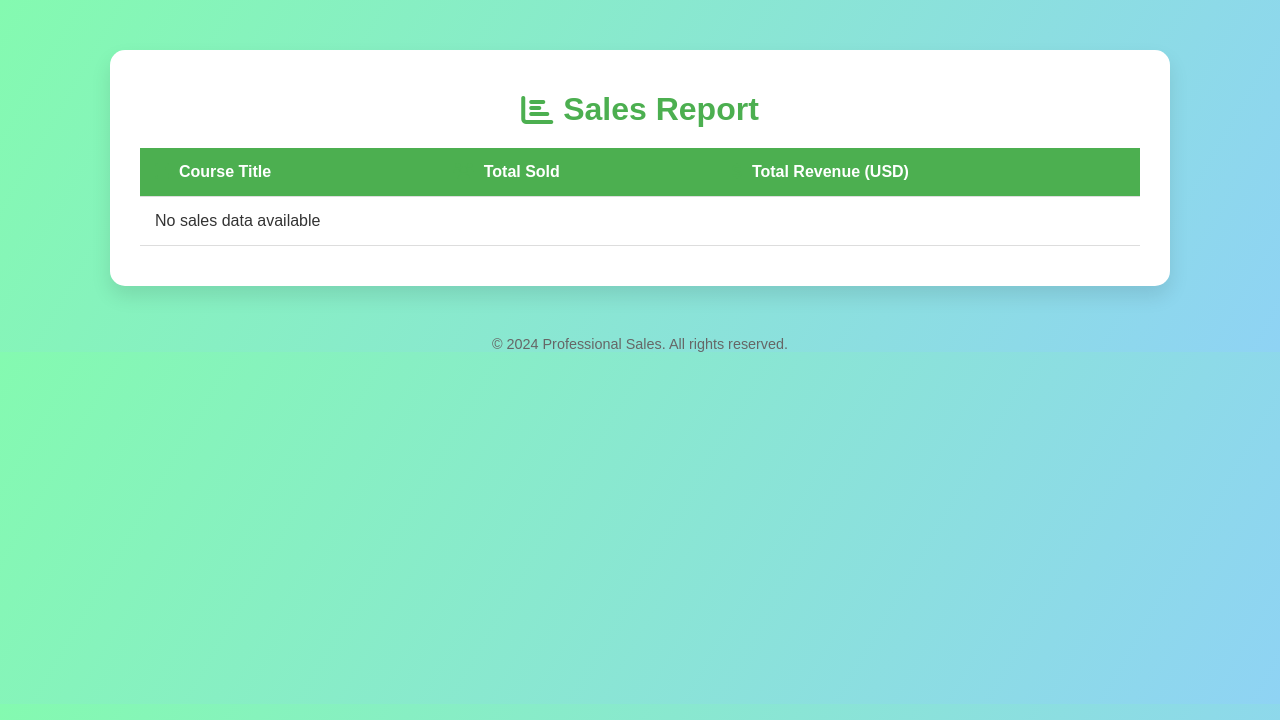
Repository: Syed1818/project
Page: http://localhost/sales_report.php
An editor plug-in stored every save of this project. The page is shown before and after the next save, followed by the edit.
The browser window is 1280 px wide. The pictures show the whole page.
The page is run by PHP 8.4 with error messages shown; the project is at /var/www/html/. Queries for data that is not in the repository find no rows.

Above is the page before, as saved 2024-12-07 15:16:53.

### sales_report.php
<?php
include 'connect.php';

// Fetch sales data
$sales_query = "
    SELECT
        courses.title AS course_title,
        COUNT(sales.course_id) AS total_sold,
        SUM(sales.price) AS total_revenue
    FROM sales
    JOIN courses ON sales.course_id = courses.id
    GROUP BY sales.course_id;
";
$sales_result = $conn->query($sales_query);
?>
<!DOCTYPE html>
<html lang="en">
<head>
    <meta charset="UTF-8">
    <meta name="viewport" content="width=device-width, initial-scale=1.0">
    <title>Sales Report</title>
    <!-- Font Awesome for icons -->
    <link rel="stylesheet" href="https://cdnjs.cloudflare.com/ajax/libs/font-awesome/6.0.0-beta3/css/all.min.css">
    <style>
        body {
            font-family: 'Poppins', sans-serif;
            margin: 0;
            padding: 0;
            background: linear-gradient(120deg, #84fab0, #8fd3f4);
            color: #333;
        }
        .container {
            max-width: 1000px;
            margin: 50px auto;
            padding: 20px 30px;
            background: #fff;
            border-radius: 15px;
            box-shadow: 0 10px 20px rgba(0, 0, 0, 0.1);
        }
        h1 {
            font-size: 2rem;
            text-align: center;
            color: #4CAF50;
            margin-bottom: 20px;
            display: flex;
            align-items: center;
            justify-content: center;
        }
        h1 i {
            margin-right: 10px;
        }
        table {
            width: 100%;
            border-collapse: collapse;
            margin: 20px 0;
        }
        th, td {
            padding: 15px;
            text-align: left;
            border-bottom: 1px solid #ddd;
        }
        th {
            background-color: #4CAF50;
            color: #fff;
        }
        tr:hover {
            background-color: #f1f1f1;
        }
        .icon {
            margin-right: 10px;
            color: #4CAF50;
        }
        .footer {
            text-align: center;
            margin-top: 20px;
            font-size: 0.9rem;
            color: #666;
        }
    </style>
</head>
<body>
    <div class="container">
        <h1><i class="fas fa-chart-bar"></i>Sales Report</h1>
        <table>
            <thead>
                <tr>
                    <th><i class="fas fa-book icon"></i>Course Title</th>
                    <th><i class="fas fa-users icon"></i>Total Sold</th>
                    <th><i class="fas fa-dollar-sign icon"></i>Total Revenue (USD)</th>
                </tr>
            </thead>
            <tbody>
                <?php if ($sales_result && $sales_result->num_rows > 0): ?>
                    <?php while ($row = $sales_result->fetch_assoc()): ?>
                        <tr>
                            <td><?php echo htmlspecialchars($row['course_title']); ?></td>
                            <td><?php echo htmlspecialchars($row['total_sold']); ?></td>
                            <td><?php echo htmlspecialchars(number_format($row['total_revenue'], 2)); ?> USD</td>
                        </tr>
                    <?php endwhile; ?>
                <?php else: ?>
                    <tr><td colspan="3">No sales data available</td></tr>
                <?php endif; ?>
            </tbody>
        </table>
    </div>
    <div class="footer">
        &copy; 2024 Professional Sales. All rights reserved.
    </div>
</body>
</html>

### connect.php
<?php
$host = '127.0.0.1'; // Database host (localhost in most cases)
$db = 'elearning'; // Your database name
$user = 'myadmin'; // MySQL username
$pass = 'syedshahid@123'; // MySQL password

// Create a MySQLi connection
$conn = new mysqli($host, $user, $pass, $db);

// Check the connection
if ($conn->connect_error) {
    die("Connection failed: " . $conn->connect_error);
}
?>

After the next save:
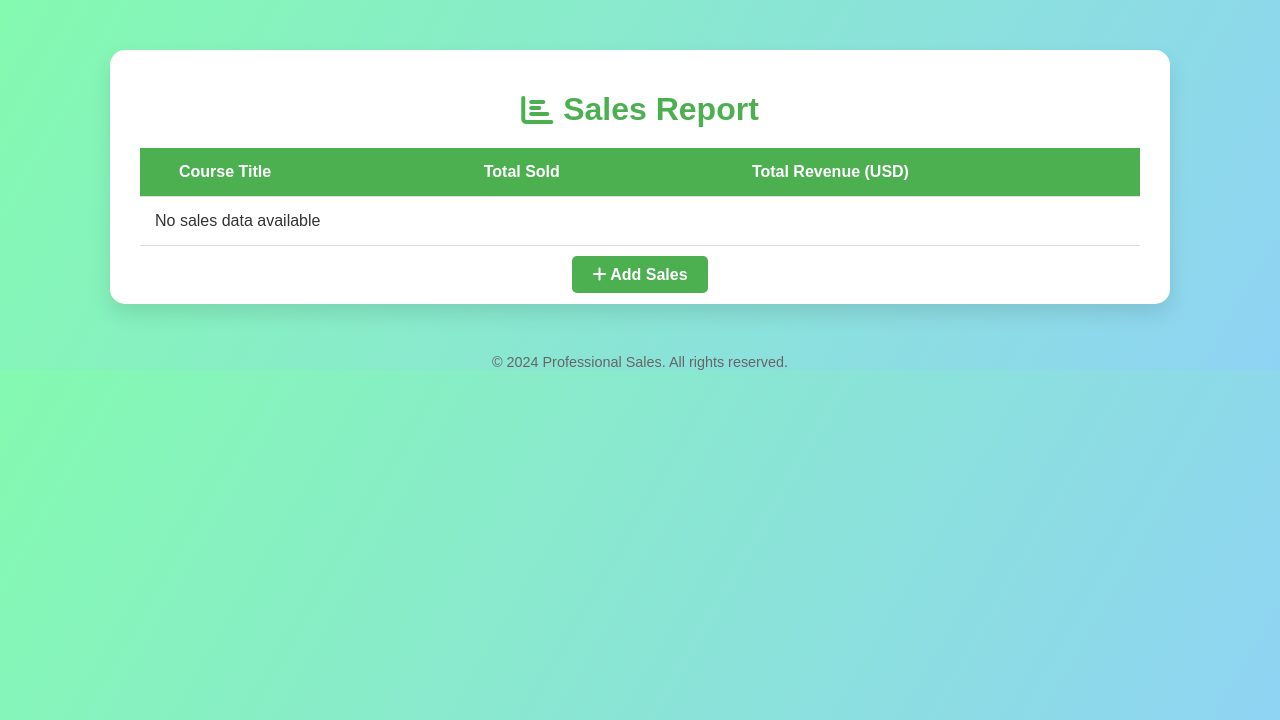
Saved 102 s later.
--- a/sales_report.php
+++ b/sales_report.php
@@ -70,6 +70,23 @@ $sales_result = $conn->query($sales_query);
             margin-right: 10px;
             color: #4CAF50;
         }
+        .actions {
+            margin-top: 20px;
+            text-align: center;
+        }
+        .add-sales-btn {
+            background-color: #4CAF50;
+            color: white;
+            padding: 10px 20px;
+            text-decoration: none;
+            border-radius: 5px;
+            font-weight: bold;
+            font-size: 1rem;
+            transition: background-color 0.3s ease;
+        }
+        .add-sales-btn:hover {
+            background-color: #45a049;
+        }
         .footer {
             text-align: center;
             margin-top: 20px;
@@ -103,6 +120,9 @@ $sales_result = $conn->query($sales_query);
                 <?php endif; ?>
             </tbody>
         </table>
+        <div class="actions">
+            <a href="add_sales.php" class="add-sales-btn"><i class="fas fa-plus"></i> Add Sales</a>
+        </div>
     </div>
     <div class="footer">
         &copy; 2024 Professional Sales. All rights reserved.
